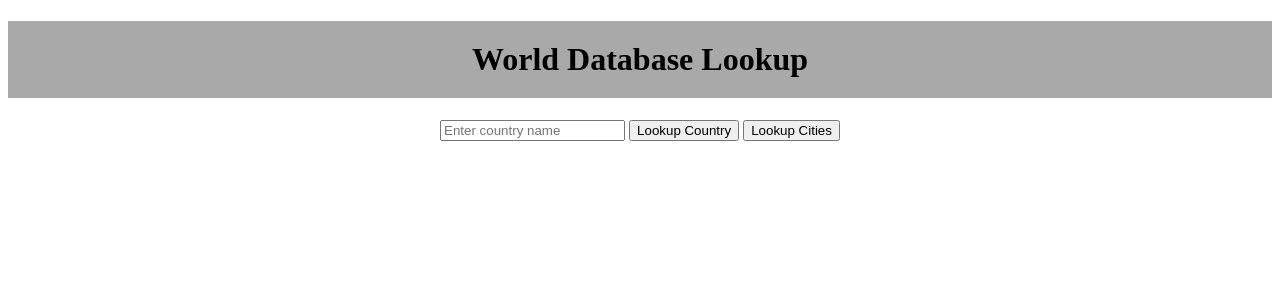
Repository: RomarioBennett/info2180-lab7
Page: index.html
The author's editor kept a record of every edit. The page is drawn from the files as they stood at one moment, then again after the next edit.
The browser window is 1280 px wide. The pictures show the whole page.

Above is the page before.

### index.html
<!DOCTYPE html>
<html>
	<head >
        <meta charset="utf-8">
		<title>World Database Lookup</title>

		<!-- you can modify this as needed or to your preference -->
		<link href="world.css" type="text/css" rel="stylesheet" />

		<!-- you write this -->
		<script src="world.js" type="text/javascript"></script>
	</head>

	<body>
		<header>
			<h1 class = "header">World Database Lookup</h1>
		</header>

		<main>
			<div id="controls" class = "bar">
				<label for="country" ></label>
				<input  id="country" type="search" name="country"  placeholder="Enter country name" />
				<button id="lookup" class ="lookupB">Lookup Country</button>
				<button id="lookupc" class= "lookupcB">Lookup Cities</button>
			</div>

			<div id="result">
				<!-- countries will appear here -->
			</div>

			<div id = "result1">
				<!--cities go here-->
			</div>
		</main>

	</body>
</html>

### world.css
/* Add your own styles */

.table1 {
  border: 1px solid #1C6EA4;
  background-color: #EEEEEE;
  width: 100%;
  text-align: left;
  border-collapse: collapse;
}

.table1 thead {
  background: #1C6EA4;
  background: -moz-linear-gradient(top, #5592bb 0%, #327cad 66%, #1C6EA4 100%);
  background: -webkit-linear-gradient(top, #5592bb 0%, #327cad 66%, #1C6EA4 100%);
  background: linear-gradient(to bottom, #5592bb 0%, #327cad 66%, #1C6EA4 100%);
  border-bottom: 2px solid #444444;

}
.header {
  background-color: #A9A9A9;
  padding: 20px;
  text-align: center;
}


.bar{
    text-align:center;
}

#main {
	width: 780px;

	margin: auto;
}

### world.js
window.onload = function(){


    var xmlHttp;
    var xmlHttp1;
    var lookupBttn = document.getElementById("lookup");
    var lookupcBttn = document.getElementById("lookupc");
    var Result = document.getElementById("result");


    lookupBttn.addEventListener('click',function(e){
        e.preventDefault();



        var country = document.getElementById("country").value;

         //Create request object
        xmlHttp  = new XMLHttpRequest();

        url = 'world.php?country='+ country;
        //url = 'index.php?search=' + search;

        //Receive a request

        xmlHttp.onreadystatechange = Request;
        xmlHttp.open('GET', url);
        //xmlHttp.setRequestHeader('Content-Type', 'application/x-www-form-urlencoded');
        xmlHttp.send();

    });




    function Request(){
        if((xmlHttp.readyState === XMLHttpRequest.DONE) && (xmlHttp.status === 200))
        {

            //Output response
           //var response = xmlHttp.responseText;
           //alert(response);
           Result.innerHTML = xmlHttp.responseText;
        }

    }



     lookupcBttn.addEventListener('click',function(f){
        f.preventDefault();



        var country = document.getElementById("country").value;

         //Create request object
        xmlHttp1  = new XMLHttpRequest();

        //url =  'world.php?country='+country+'&context=cities';
        url = 'world.php?country='+country+'&context='+country;
        //url = 'world.php?comtext='+ city;
        //url = 'index.php?search=' + search;

        //Receive a request

        xmlHttp1.onreadystatechange = Request2;
        xmlHttp1.open('GET', url);
        //xmlHttp.setRequestHeader('Content-Type', 'application/x-www-form-urlencoded');
        xmlHttp1.send();

    });

     function Request2(){
        if((xmlHttp1.readyState === XMLHttpRequest.DONE) && (xmlHttp1.status === 200))
        {

            //Output response
           //var response = xmlHttp.responseText;
           //alert(response);
           Result.innerHTML = xmlHttp1.responseText;
        }

    }


};

After the next edit:
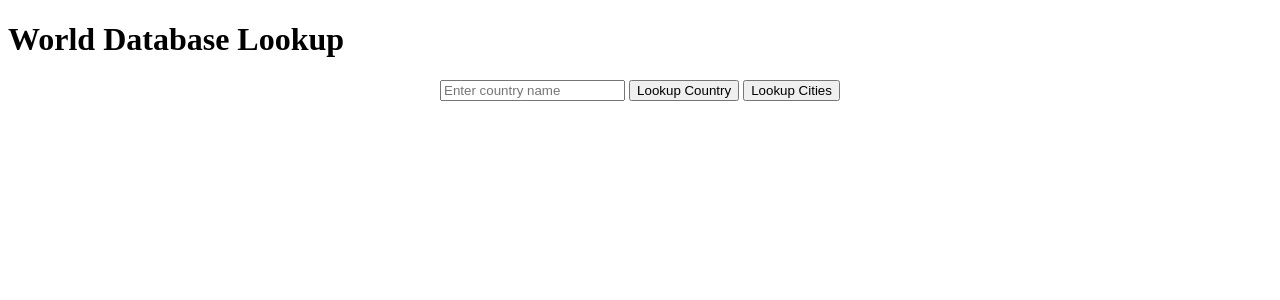
The edit:
--- a/world.css
+++ b/world.css
@@ -14,6 +14,13 @@
   background: -webkit-linear-gradient(top, #5592bb 0%, #327cad 66%, #1C6EA4 100%);
   background: linear-gradient(to bottom, #5592bb 0%, #327cad 66%, #1C6EA4 100%);
   border-bottom: 2px solid #444444;
+}
+.table1 thead th {
+  font-size: 15px;
+  font-weight: bold;
+  color: #FFFFFF;
+  border-left: 2px solid #D0E4F5;
+}
 
 }
 .header {

After the edit that followed:
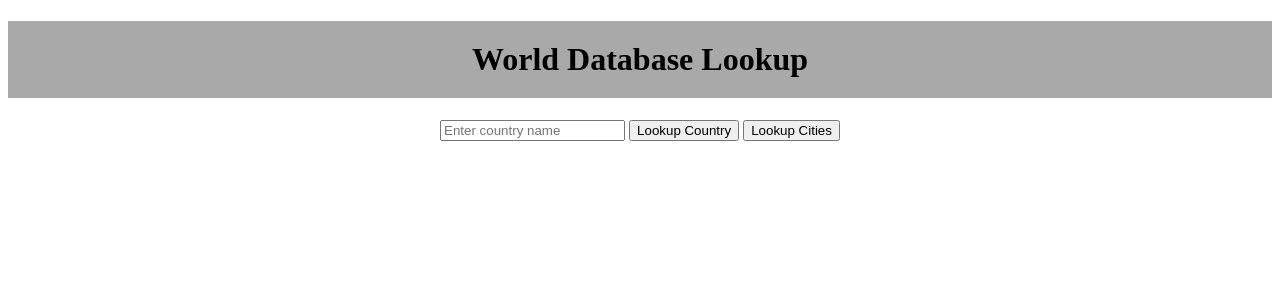
The edit:
--- a/world.css
+++ b/world.css
@@ -21,8 +21,11 @@
   color: #FFFFFF;
   border-left: 2px solid #D0E4F5;
 }
+.table1 tr:nth-child(even) {
+  background: #D0E4F5;
+}
 
-}
+
 .header {
   background-color: #A9A9A9;
   padding: 20px;
